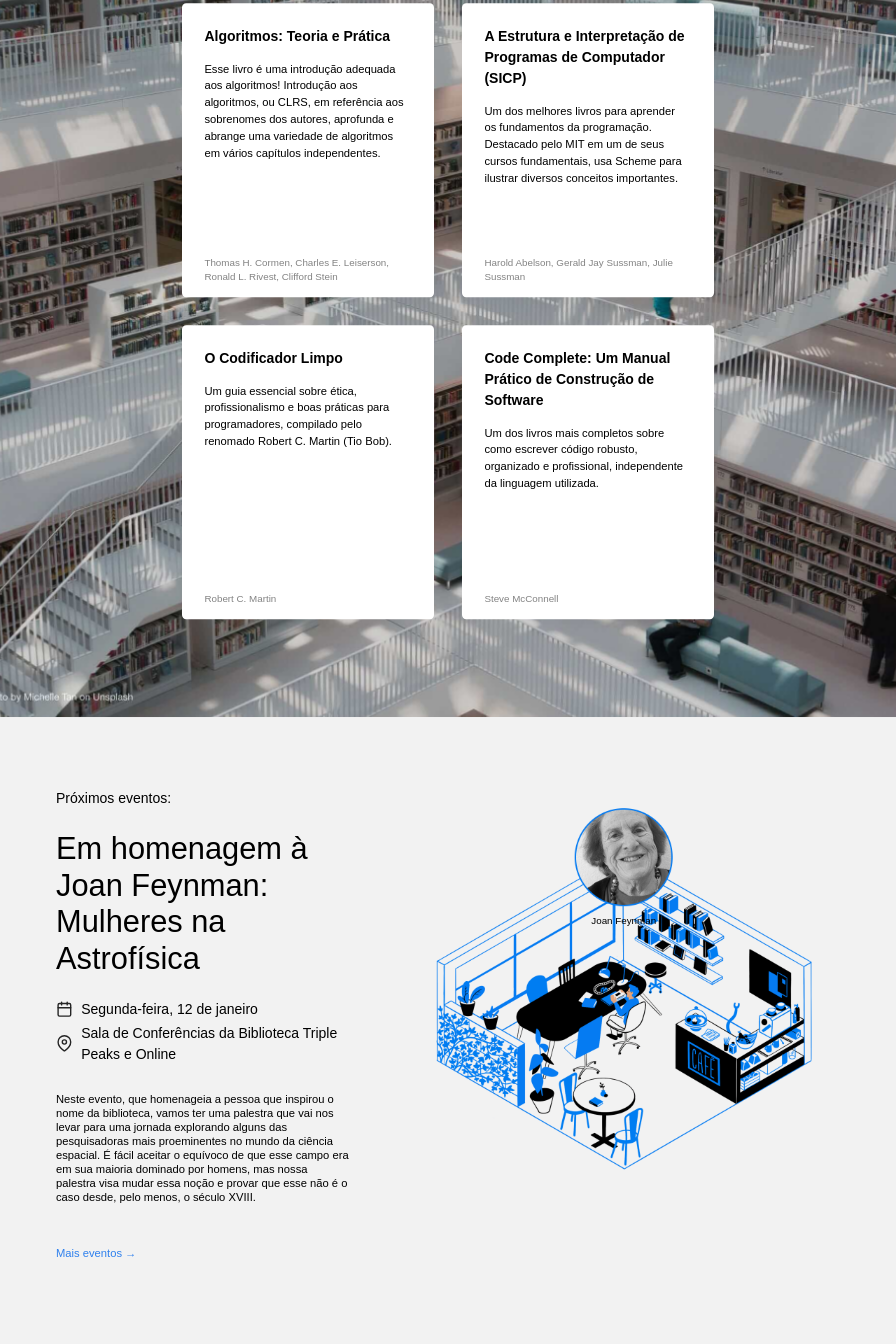
Repository: thainagomesc/web_project_library_pt
Page: index.html
The author's editor kept a copy of each file at every save. The page is drawn from the files as they stood at one save, then again after the next save.
The browser window is 1280 px wide. The pictures show the part of the page from y = 962 to 2882 px (the page is 2882 px tall), at 70% of full size.

Above is the page before, as saved 2025-12-28 20:56:40.

### index.html
<!DOCTYPE html>
<html lang="pt">
  <head>
    <meta charset="UTF-8" />
    <meta name="viewport" content="width=device-width, initial-scale=1.0" />
    <title>Biblioteca Triple Peaks</title>
    <link rel="shortcut icon" href="favicon.ico" />
    <link rel="stylesheet" href="./vendor/normalize.css" />
    <link rel="stylesheet" href="./styles/style.css" />
  </head>

  <body>
    <div class="page">
      <header class="header">
        <nav class="nav">
          <img
            src="./images/logo.svg"
            alt="Logotipo da Biblioteca Triple Peaks"
            class="nav__logo"
          />

          <ul class="nav__links">
            <li><a class="nav__link" href="#staff">Escolhas da Equipe</a></li>
            <li><a class="nav__link" href="#">Eventos</a></li>
            <li><a class="nav__link" href="#">Seja um membro</a></li>
            <li><a class="nav__link" href="#">Contatos</a></li>
          </ul>
        </nav>

        <div class="header__content">
          <div>
            <h1 class="header__title">Bem-vindo à Biblioteca Triple Peaks</h1>
            <p class="header__description">
              Temos o prazer de abrir as portas da nossa biblioteca a todos! Venha expandir
              seus conhecimentos de desenvolvimento, ou apenas use esse belo local para trabalhar
              ou estudar. Esse é um lugar legal para estudantes legais!
            </p>
          </div>
          <img
            src="./images/inside_the_library.png"
            alt="Ilustração 'Dentro da biblioteca'"
            class="header__image"
          />
        </div>

        <div class="header__footer">
          <p class="header__address">Triple Peaks, 200 Success Avenue</p>
        </div>
      </header>

      <main class="content">
        <section class="staff" id="staff">
          <h2 class="staff__title">Escolhas da Equipe</h2>
          <p class="staff__subtitle">Que nossos leitores adoram</p>

          <ul class="staff__cards">

            <li class="card">
              <div class="card__content">
                <h3 class="card__title">Algoritmos: Teoria e Prática</h3>
                <p class="card__text">
                  Esse livro é uma introdução adequada aos algoritmos! Introdução aos algoritmos,
                  ou CLRS, em referência aos sobrenomes dos autores, aprofunda e abrange uma
                  variedade de algoritmos em vários capítulos independentes.
                </p>
                <p class="card__footer">
                  Thomas H. Cormen, Charles E. Leiserson, Ronald L. Rivest, Clifford Stein
                </p>
              </div>
            </li>

            <li class="card">
              <div class="card__content">
                <h3 class="card__title">
                  A Estrutura e Interpretação de Programas de Computador (SICP)
                </h3>
                <p class="card__text">
                  Um dos melhores livros para aprender os fundamentos da programação. Destacado
                  pelo MIT em um de seus cursos fundamentais, usa Scheme para ilustrar diversos
                  conceitos importantes.
                </p>
                <p class="card__footer">
                  Harold Abelson, Gerald Jay Sussman, Julie Sussman
                </p>
              </div>
            </li>

            <li class="card">
              <div class="card__content">
                <h3 class="card__title">
                  O Codificador Limpo
                </h3>
                <p class="card__text">
                  Um guia essencial sobre ética, profissionalismo e boas práticas para programadores,
                  compilado pelo renomado Robert C. Martin (Tio Bob).
                </p>
                <p class="card__footer">Robert C. Martin</p>
              </div>
            </li>

            <li class="card">
              <div class="card__content">
                <h3 class="card__title">
                  Code Complete: Um Manual Prático de Construção de Software
                </h3>
                <p class="card__text">
                  Um dos livros mais completos sobre como escrever código robusto, organizado e
                  profissional, independente da linguagem utilizada.
                </p>
                <p class="card__footer">Steve McConnell</p>
              </div>
            </li>
          </ul>
        </section>

        <section class="events">
        <div class="events__content">

          <h2 class="events__heading">Próximos eventos:</h2>
          <h3 class="events__title">
          Em homenagem à Joan Feynman: Mulheres na Astrofísica
          </h3>

          <div class="event-info events__info-section">
            <div class="event-info__item">

              <img
                src="./images/icon_calendar.svg"
                alt="Calendar icon"
                class="event-info__icon"
              />

              <p class="event-info__text">Segunda-feira, 12 de janeiro</p>
            </div>

            <div class="event-info__item">

              <img
                src="./images/icon_pin.svg"
                alt="Pin icon"
                class="event-info__icon"
              />

              <p class="event-info__text">
                Sala de Conferências da Biblioteca Triple Peaks e Online
              </p>
            </div>
          </div>

          <p class="events__description">
            Neste evento, que homenageia a pessoa que inspirou o nome da biblioteca, vamos ter uma
            palestra que vai nos levar para uma jornada explorando alguns das pesquisadoras mais
            proeminentes no mundo da ciência espacial. É
            fácil aceitar o equívoco de que esse campo era em sua maioria
            dominado por homens, mas nossa palestra visa mudar essa noção e
            provar que esse não é o caso desde, pelo menos,
            o século XVIII.
          </p>
          <a href="#" class="events__more">Mais eventos &rarr;</a>
        </div>

        <div class="events__cover">
          <img
            src="./images/cafe.png"
            alt="Ilustração 'Café na Biblioteca'"
            class="events__image"
          />

          <div class="person person_name_feynman">
            <img
              src="./images/person_feynman.png"
              alt="Ilustração de Joan Feynman"
              class="person__image person__image_size_l"
            />
            <p class="person__caption">Joan Feynman</p>
        </section>

      </main>
    </div>
  </body>
</html>

### styles/style.css
.page {
  min-width: 1100px;
  max-width: 1600px;
  margin: 0 auto;
  font-family: Arial, sans-serif;
  font-size: 16px;
  line-height: 20px;
}

.header {
  display: flex;
  flex-direction: column;
  height: 100vh;
  min-height: 720px;
  max-height: 800px;
  padding: 30px 80px 40px;
  position: relative;
  box-sizing: border-box;
}

.nav {
  display: flex;
  justify-content: space-between;
}

.nav__logo {
  width: 80px;
  height: 58px;
}

.nav__links {
  list-style-type: none;
  padding: 0;
  margin: 8px 0 0;
  display: flex;
  column-gap: 20px;
}

.nav__link {
  color: #000000;
  text-decoration: none;
}

.header__content {
  display: flex;
  justify-content: space-between;
}

.header__title {
  max-width: 635px;
  margin: 128px 0 32px;
  font-size: 62px;
  line-height: 76px;
  font-weight: 500;
}

.header__description {
  max-width: 515px;
  margin: 0;
  font-size: 20px;
  line-height: 30px;
}

.header__image {
  max-width: 636px;
}

.header__footer {
  margin-top: auto;
  width: 100%;
  display: flex;
  align-items: center;
  justify-content: flex-end;
  box-sizing: border-box;
}

.header__link {
  color: #2f80ed;
  text-decoration: none;
}

.header__address {
  margin: 0;
  color: #838383;
}

/* STAFF SECTION */

.staff {
  background-image: url("../images/staff_picks_background.jpg");
  background-position: center;
  background-size: cover;
  padding: 100px 0 140px;
}

.staff__title {
  text-align: center;
  font-size: 44px;
  line-height: 52px;
  font-weight: 400;
  margin: 0 0 24px;
  color: #ffffff;
}

.staff__subtitle {
  text-align: center;
  font-size: 20px;
  line-height: 30px;
  font-weight: 400;
  margin: 0;
  color: #ffffff;
}

.staff__cards {
  max-width: 760px;
  margin: 40px auto 0;
  padding: 0;
  list-style-type: none;
  display: flex;
  flex-wrap: wrap;
  justify-content: center;
  gap: 40px;
}

.card {
  background-color: #fff;
  border-radius: 6px;
  padding: 32px 40px 20px 32px;
  box-sizing: border-box;
  height: 420px;
  width: 360px;
  list-style-type: none;
}

.card__content {
  width: 100%;
  height: 100%;
  display: flex;
  flex-direction: column;
}

.card__title {
  font-size: 20px;
  line-height: 30px;
  font-weight: 700;
  margin: 0;
}

.card__text {
  margin: 20px 0 0;
  font-size: 16px;
  line-height: 24px;
}

.card__footer {
  margin: 0;
  font-size: 14px;
  line-height: 20px;
  color: #838383;
  margin-top: auto;
}

.events {
  padding: 100px 0 120px 80px;
  display: flex;
  align-items: start;
  justify-content: space-between;
  box-sizing: border-box;
  background-color: #f2f2f2;
}

.events__content {
  flex-basis: 580px;
}

.events__heading {
  font-size: 20px;
  font-weight: 500;
  line-height: 30px;
  margin: 0;
}

.events__title {
  font-size: 44px;
  font-weight: 500;
  line-height: 52px;
  margin: 32px 0 0;
}

.events__info-section {
  margin-top: 32px;
}

.event-info__item {
  display: flex;
  align-items: center;
  margin-bottom: 4px;
  font-weight: 500;
}

.event-info__icon {
  background-repeat: no-repeat;
  background-position: center;
  margin-right: 12px;
  width: 24px;
  height: 24px;
}

.event-info__text {
  font-size: 20px;
  font-weight: 500;
  line-height: 30px;
  margin: 0;
}

.events__description {
  margin: 40px 0 60px;
}

.events__more {
  color: #2f80ed;
  text-decoration: none;
}

.events__cover {
  flex-grow: 1;
  flex-shrink: 0;
  flex-basis: 780px;
  max-width: 780px;
  position: relative;
}

.events__image {
  max-width: 100%;
}

.person {
  position: absolute;
  display: flex;
  align-items: center;
  flex-direction: column;
  gap: 10px;
}

.person_name_feynman {
  top: 30px;
  right: 319px;
  bottom: auto;
  left: auto;
}

.person_name_burbidge {
  /* Use os valores corretos das propriedades top/right/bottom/left para posicionar o elemento */
}

.person_name_cannon {
  /* Use os valores corretos das propriedades top/right/bottom/left para posicionar o elemento */
}

.person_name_mitchell {
  /* Use os valores corretos das propriedades top/right/bottom/left para posicionar o elemento */
}

.person_name_tarter {
  /* Use os valores corretos das propriedades top/right/bottom/left para posicionar o elemento */
}

.person__image {
  max-width: 100%;
}

.person__image_size_l {
  width: 140px;
}

.person__image_size_m {
  width: 100px;
}

.person__image_size_s {
  width: 80px;
}

.person__caption {
  text-align: center;
  font-size: 14px;
  margin: 0;
}

Loaded but not shown: vendor/normalize.css (library)

After the next save:
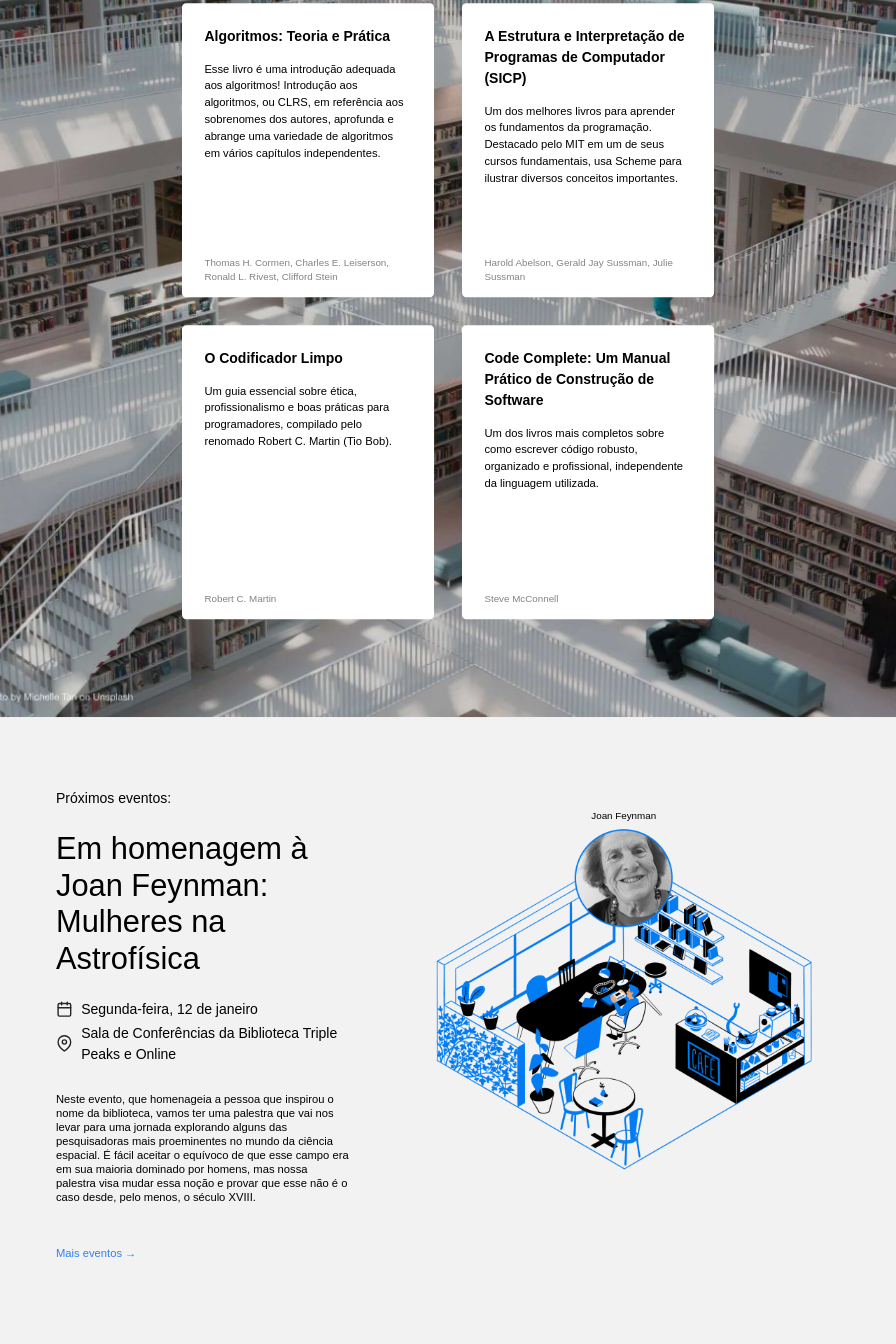
Saved 76 s later.
--- a/index.html
+++ b/index.html
@@ -167,12 +167,14 @@
           />
 
           <div class="person person_name_feynman">
+            <p class="person__caption">Joan Feynman</p>
+
             <img
               src="./images/person_feynman.png"
               alt="Ilustração de Joan Feynman"
               class="person__image person__image_size_l"
             />
-            <p class="person__caption">Joan Feynman</p>
+
         </section>
 
       </main>
